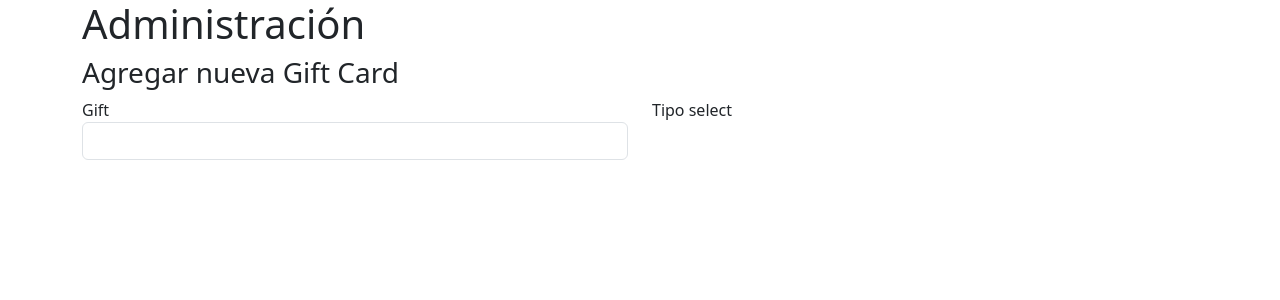
Repository: pedro-donoso/vanilla-js
Page: index.html
The author's editor kept a copy of each file at every save. The page is drawn from the files as they stood at one save, then again after the next save.
The browser window is 1280 px wide. The pictures show the whole page.

Above is the page before, as saved 2024-01-31 13:21:43.
Console error: SyntaxError: Unexpected identifier 'assert'

### index.html
<!doctype html>
<html lang="es">

<head>
    <meta charset="utf-8">
    <meta name="viewport" content="width=device-width, initial-scale=1">
    <title>CRUD JavaScript</title>
    <link href="https://cdn.jsdelivr.net/npm/bootstrap@5.3.2/dist/css/bootstrap.min.css" rel="stylesheet"
        integrity="sha384-T3c6CoIi6uLrA9TneNEoa7RxnatzjcDSCmG1MXxSR1GAsXEV/Dwwykc2MPK8M2HN" crossorigin="anonymous">
</head>

<body>

    <div class="container">
        <div class="row">
            <div class="col">
                <h1>Administración</h1>
            </div>
        </div>
        <div class="row">
            <div class="col">
                <h3>Agregar nueva Gift Card</h3>
                <form>
                    <div class="row">
                        <div class="col">
                            <label>Gift</label>
                            <input type="text" class="form-control" id="gift" required>
                        </div>
                        <div class="col">
                            <label>Tipo</label>
                            select
                        </div>
                    </div>
                </form>
            </div>
        </div>
    </div>


    <script src="https://cdn.jsdelivr.net/npm/bootstrap@5.3.2/dist/js/bootstrap.bundle.min.js"
        integrity="sha384-C6RzsynM9kWDrMNeT87bh95OGNyZPhcTNXj1NW7RuBCsyN/o0jlpcV8Qyq46cDfL"
        crossorigin="anonymous"></script>

        <script src="./js/app.js" type="module"></script>

</body>

</html>

### js/app.js
import datos from '../data/data.json' assert{type:"json"};
import {Gift} from './clases'

After the next save:
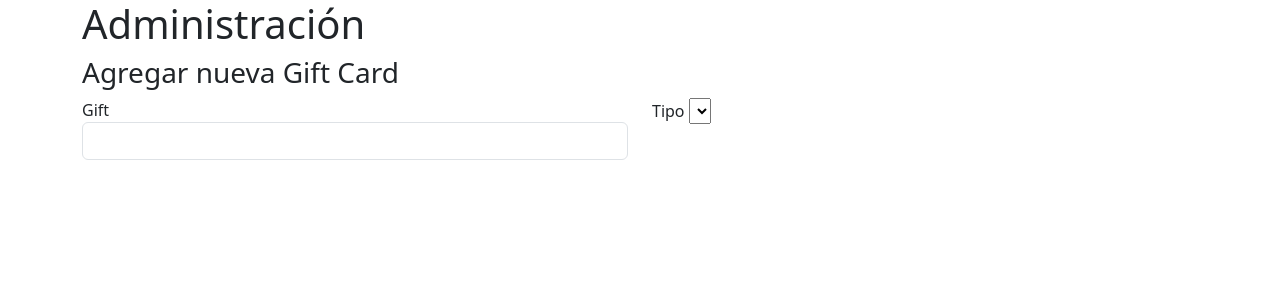
Saved 5 s later.
--- a/index.html
+++ b/index.html
@@ -28,7 +28,7 @@
                         </div>
                         <div class="col">
                             <label>Tipo</label>
-                            select
+                            <select name="" id=""></select>
                         </div>
                     </div>
                 </form>
